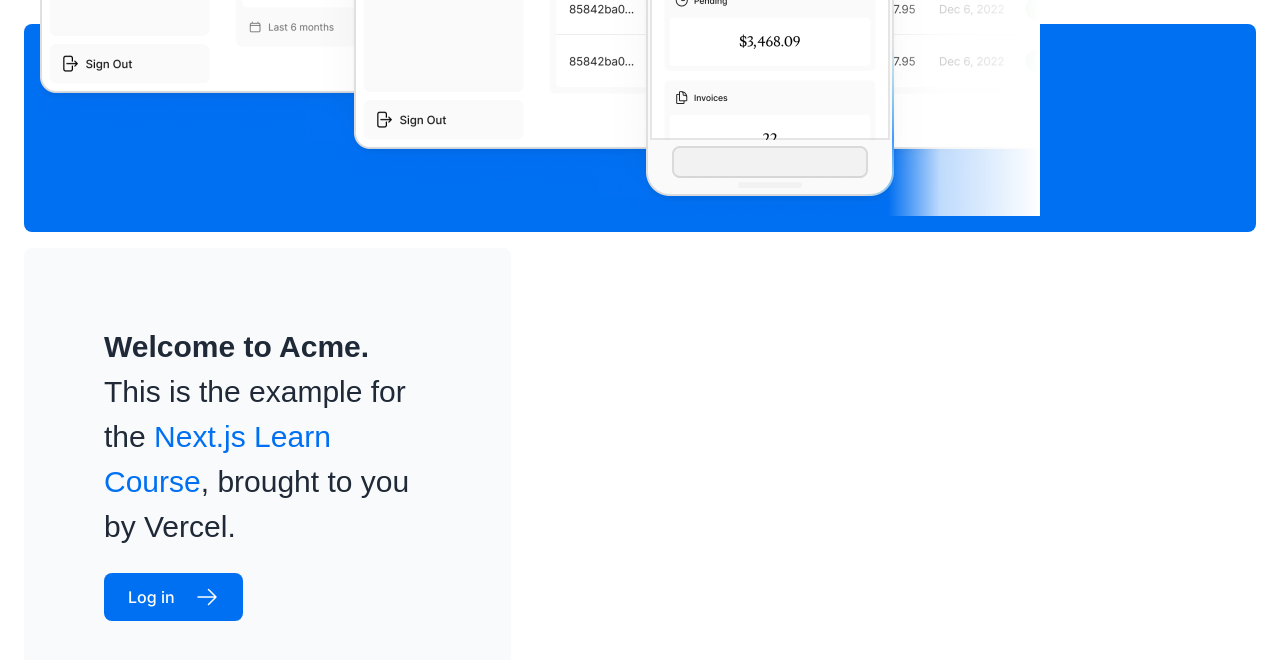
Repository: nooruddine/nfa-app
Page: /
The author's editor kept a copy of each file at every save. The page is drawn from the files as they stood at one save, then again after a run of saves.
The browser window is 1280 px wide. The pictures show the whole page.
Some web fonts or font styles are not loaded; a fallback is used. The project was rebuilt for these pictures with package versions that can differ from the ones it lists, and the page was loaded fresh each time. The framework's server and built-in components were replaced by stand-ins that run in the browser. Also part of the build but not shown: next.config.mjs.

Above is the page before, as saved 2024-08-22 23:41:28.

After the next 2 saves:
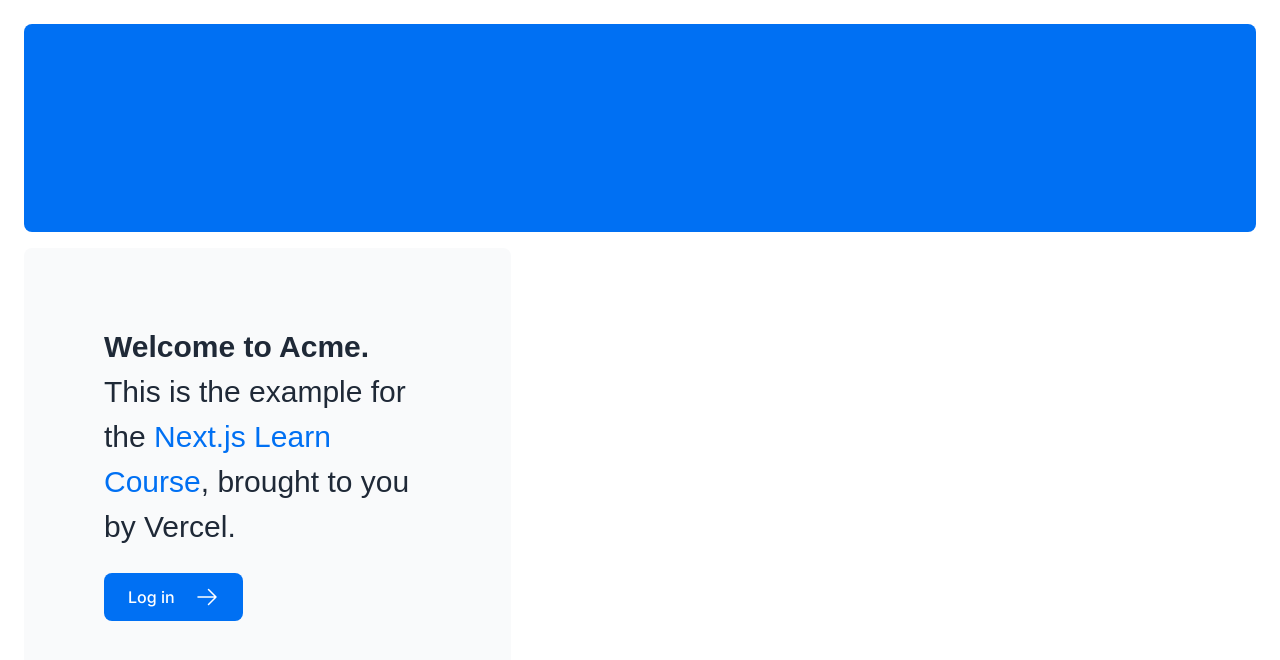
The 2 saves are shown as one change because they came seconds apart.
The last was saved 34 s later.
--- a/app/page.tsx
+++ b/app/page.tsx
@@ -10,13 +10,6 @@ export default function Page() {
     <main className="flex min-h-screen flex-col p-6">
       <div className="flex h-20 shrink-0 items-end rounded-lg bg-blue-500 p-4 md:h-52">
         {/* <AcmeLogo /> */}
-        <Image
-        src="/hero-desktop.png"
-        width={1000}
-        height={760}
-        className="hidden md:block"
-        alt="Screenshots of the dashboard project showing desktop version"
-      />
       </div>
       <div className="mt-4 flex grow flex-col gap-4 md:flex-row">
         <div className="flex flex-col justify-center gap-6 rounded-lg bg-gray-50 px-6 py-10 md:w-2/5 md:px-20">
